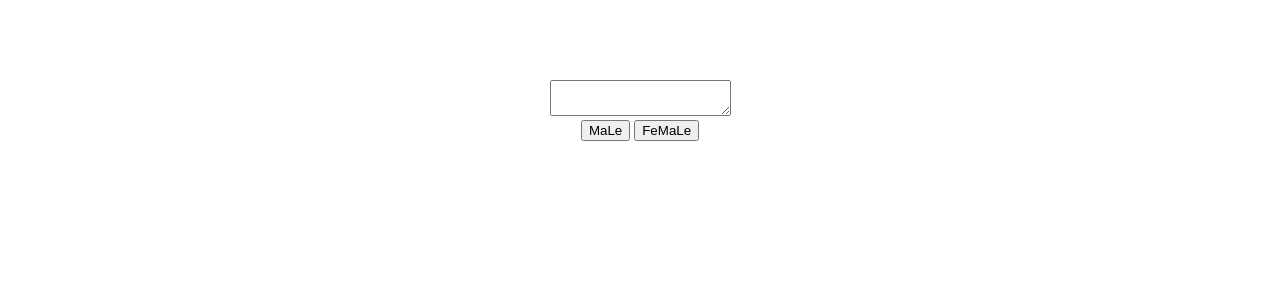
Repository: mutuz786/GameProject
Page: gameproject-app/WebContent/index.html
These files come from the project's save history. The page is drawn as it stood at one moment and after the next save; the edit follows.
The browser window is 1280 px wide. The pictures show the whole page.

Above is the page before, as saved 2020-06-09 13:33:01.

After the next save:
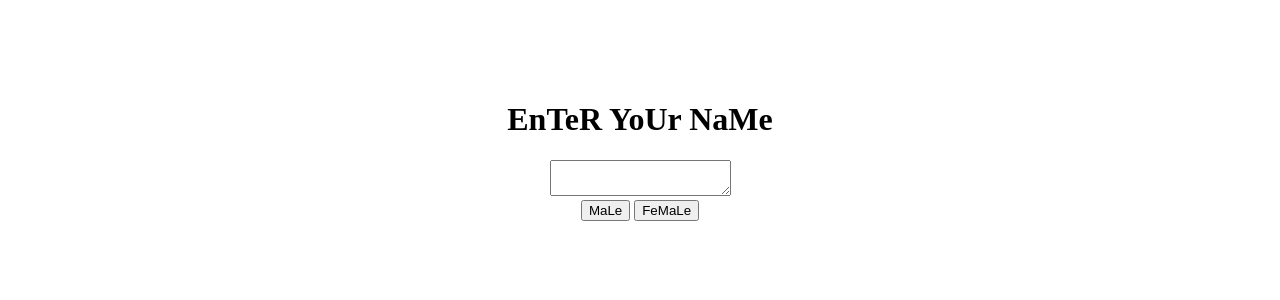
Saved 3 min 43 s later.
--- a/gameproject-app/WebContent/index.html
+++ b/gameproject-app/WebContent/index.html
@@ -7,6 +7,7 @@
 <body>
 	<br><br><br><br>
 	<div align="center" >
+		<h1>EnTeR YoUr NaMe</h1>
 		<textarea id="name" inputmode="text" ></textarea><br>
 		<button >MaLe</button>
 		<button>FeMaLe</button>
